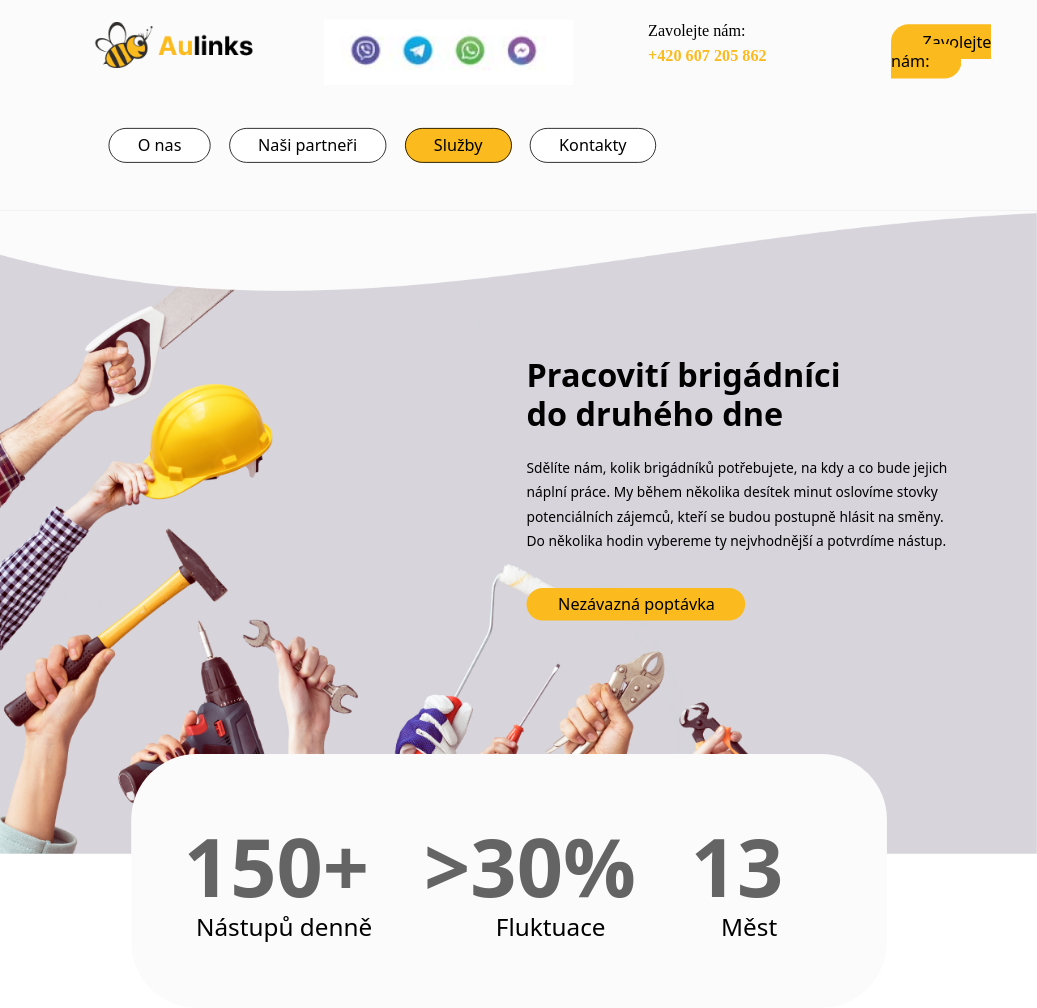
Repository: bilday08/aulinks
Page: index.html
These files come from the project's save history. The page is drawn as it stood at one moment and after the next save; the edit follows.
The browser window is 1280 px wide. The pictures show the whole page, at 81% of full size.
Some web fonts or font styles are not loaded; a fallback is used.

Above is the page before, as saved 2022-12-07 15:18:05.

After the next save:
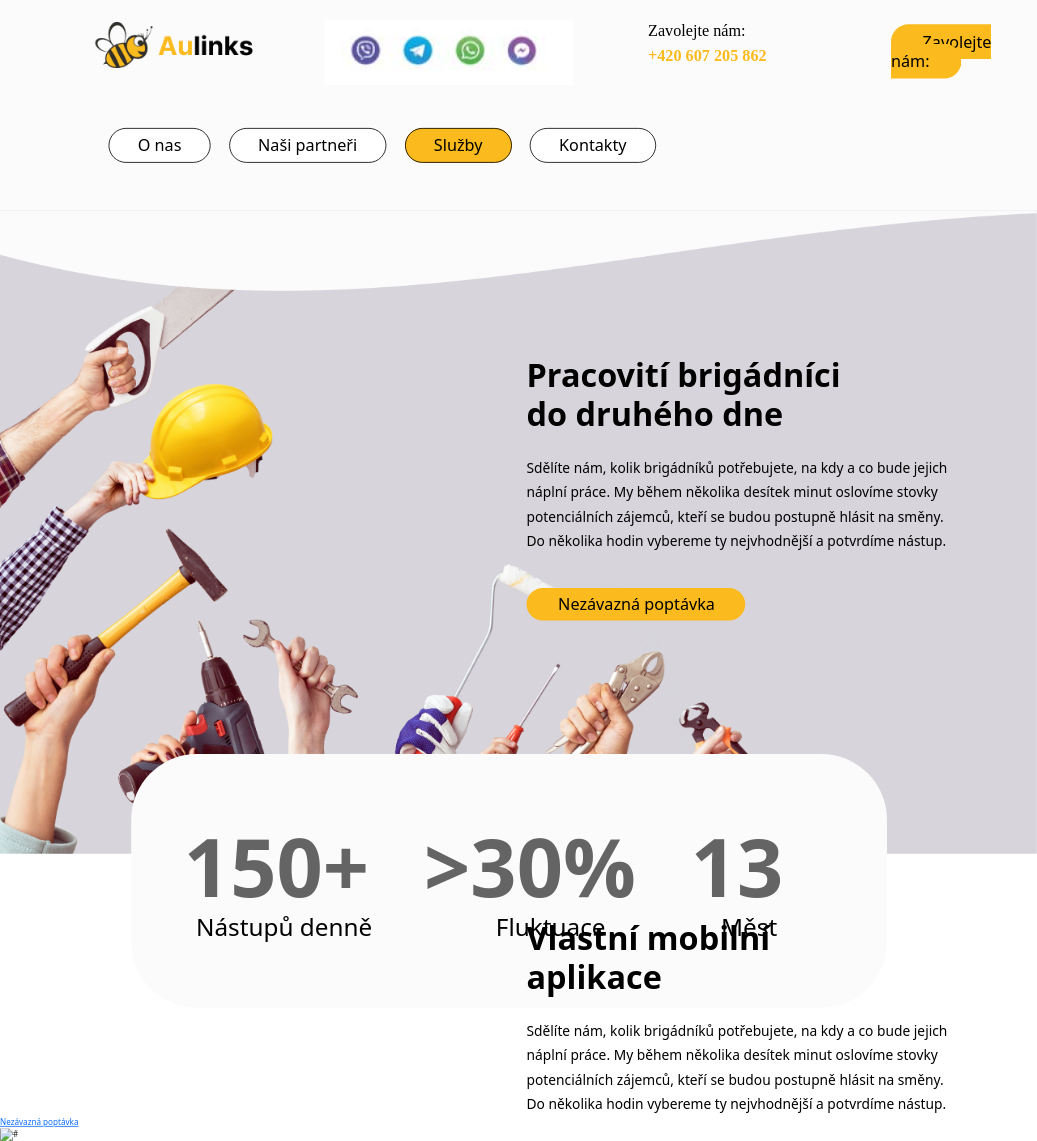
Not found: images/3.png
Saved 3 min 37 s later.
--- a/index.html
+++ b/index.html
@@ -87,6 +87,23 @@
                 </a>
             </div>
         </div>
+        <section class="service">
+            <div class="service_item">
+                <div class="service_content">
+                    <h2 class="main_text global_heading">Vlastní mobilní aplikace</h2>
+                    <div class="main_content global-text">
+                        Sdělíte nám, kolik brigádníků potřebujete, na kdy a co bude jejich náplní práce.
+                        My během několika desítek minut oslovíme stovky potenciálních zájemců,
+                        kteří se budou postupně hlásit na směny. Do několika hodin vybereme ty nejvhodnější
+                        a potvrdíme nástup.
+                    </div>
+                    <a href="#" class="service-button--first">Nezávazná poptávka</a>
+                    <div class="service-images">
+                        <img srcset="./images/3.png 2x" alt="#" class="service-images--first"/>
+                    </div>
+                </div>
+            </div>
+        </section>
     </main>
 </body>
 </html>
